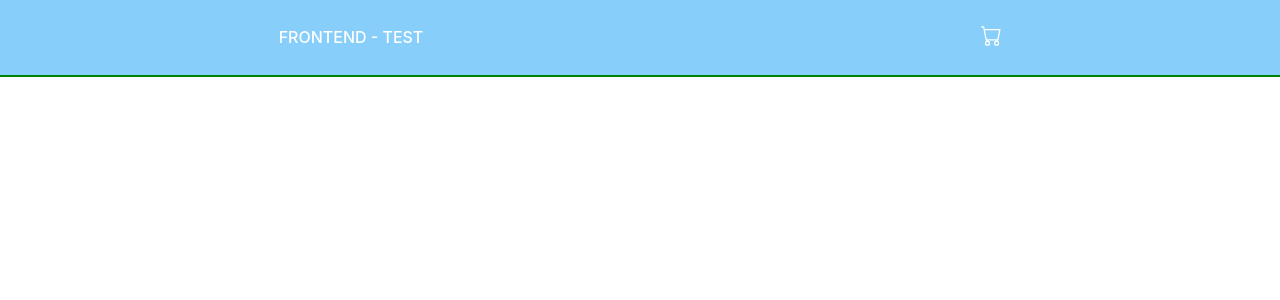
Repository: banchiec/atInditex
Page: /
An editor plug-in stored every save of this project. The page is shown before and after the next save, followed by the edit.
The browser window is 1280 px wide. The pictures show the whole page.
The page's requests for data from a server got no answer. The project was rebuilt for these pictures with package versions that can differ from the ones it lists, and the page was loaded fresh each time. No one was signed in, and anything a server would have sent is missing. Also part of the build but not shown: src/components/Cards/CardProductItem/CardProductItem.js.

Above is the page before, as saved 2022-09-03 12:57:11.

After the next save:
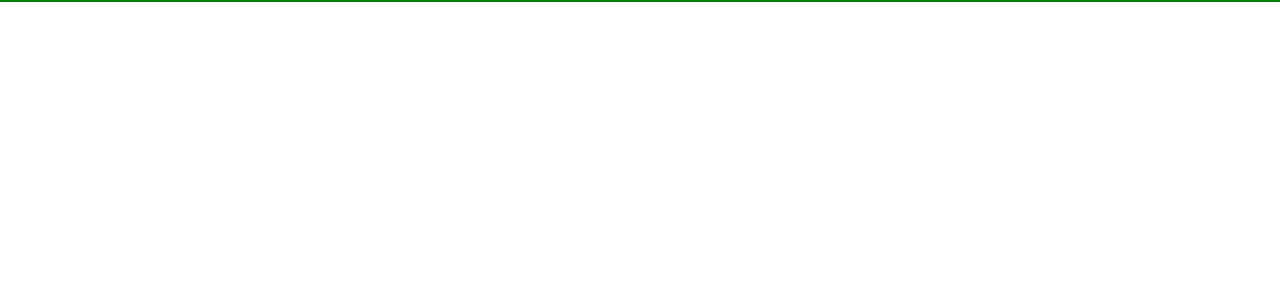
Saved 54 s later.
--- a/src/App.js
+++ b/src/App.js
@@ -17,7 +17,7 @@
 
   return (
     <Router>
-      <Header/>
+      {/* <Header/> */}
       <Routes>
         <Route path={path.PRODUCTPAGE} element={<ProductsScreen/>} />
         <Route path={path.DETAILSPAGE} element={<ProductsScreen/>} />

After the save that followed:
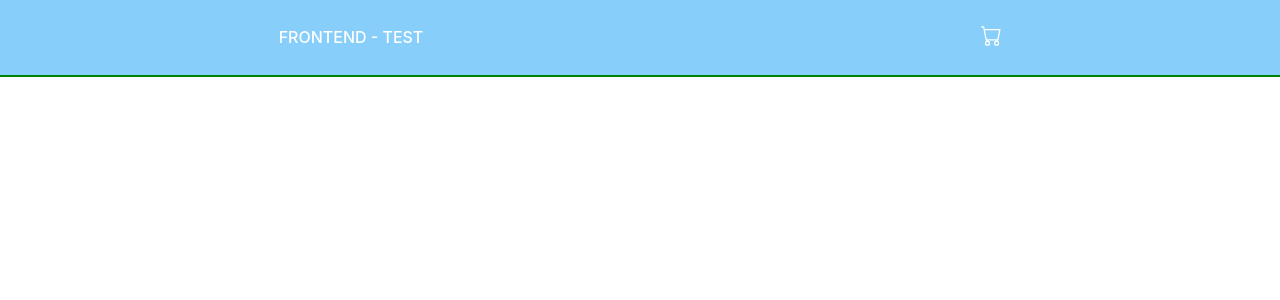
Saved 32 s later.
--- a/src/App.js
+++ b/src/App.js
@@ -17,7 +17,7 @@
 
   return (
     <Router>
-      {/* <Header/> */}
+      <Header/>
       <Routes>
         <Route path={path.PRODUCTPAGE} element={<ProductsScreen/>} />
         <Route path={path.DETAILSPAGE} element={<ProductsScreen/>} />
